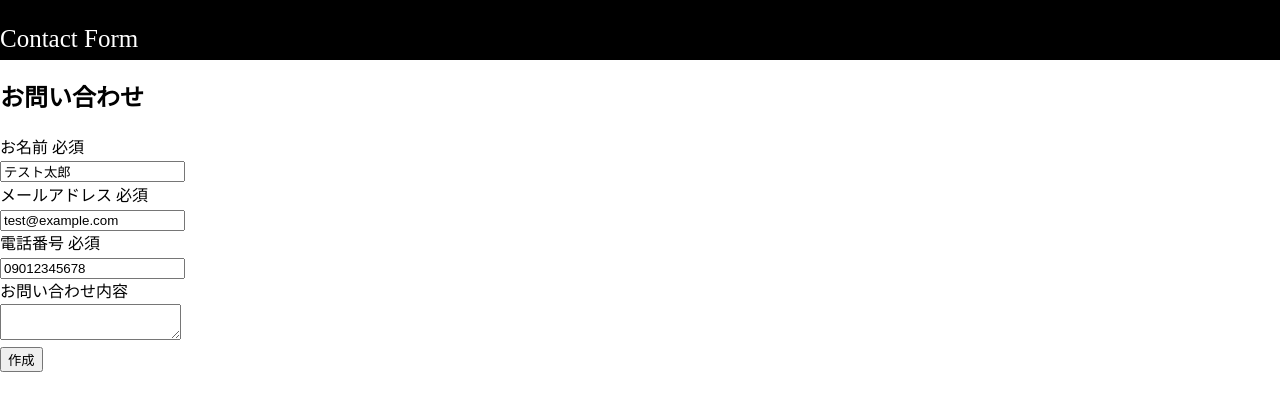
Repository: mayu-ya/my-contact-form
Page: http://localhost/
An editor plug-in stored every save of this project. The page is shown before and after the next save, followed by the edit.
The browser window is 1280 px wide. The pictures show the whole page.
The page is served by the project's Laravel application, run on PHP 8.4 with Laravel 8. Other server files are loaded and not shown.

Above is the page before, as saved 2025-12-31 22:48:44.

### src/routes/web.php
<?php

use Illuminate\Support\Facades\Route;
use App\Http\Controllers\ContactController;

/*
|--------------------------------------------------------------------------
| Web Routes
|--------------------------------------------------------------------------
|
| Here is where you can register web routes for your application. These
| routes are loaded by the RouteServiceProvider within a group which
| contains the "web" middleware group. Now create something great!
|
*/

Route::get('/', [ContactController::class,'index']);

### src/app/Http/Controllers/ContactController.php
<?php

namespace App\Http\Controllers;

use Illuminate\Http\Request;

class ContactController extends Controller
{
    public function index()
    {
        return view('index');
    }
}

### src/resources/views/index.blade.php
@extends('layouts.app')

@section('css')
<link rel="stylesheet" href="{{ asset('css/index.css') }}">
@endsection

@section('content')
<div class="content">
    <div class="form-title">
        <h2 class="form-title-con">お問い合わせ</h2>
    </div>

    <form class="form">
        <div class="form-content">
            <div class="form-content-name">
                <span class="form-content-name_na">お名前</span>
                <span class="form-content-name_re">必須</span>
            </div>
            <div class="form-name_create">
                <input type="text" name="name" value="テスト太郎">
            </div>
        </div>
        <div class="form-content">
            <div class="form-content-email">
                <span class="form-content-email_em">メールアドレス</span>
                <span class="form-content-email_re">必須</span>
            </div>
            <div class="form-email_create">
                <input type="text" name="email" value="test@example.com">
            </div>
        </div>
        <div class="form-content">
            <div class="form-content-tel">
                <span class="form-content-tel_te">電話番号</span>
                <span class="form-content-tel_re">必須</span>
            </div>
            <div class="form-tel_create">
                <input type="text" name="tel" value="09012345678">
            </div>
        </div>
        <div class="form-content">
            <div class="form-content-text">
                <span class="content-text_co">お問い合わせ内容</span>
            </div>
            <div class="form-text_create">
                <textarea name="text" value="資料をいただきたいです"></textarea>
            </div>

        </div>

        <div class="form-button">
            <button class="form-button_create">作成</button>
        </div>
    </form>
</div>
@endsection

### src/resources/views/layouts/app.blade.php
<!DOCTYPE html>
<html lang="ja">
<head>
    <meta charset="UTF-8">
    <meta name="viewport" content="width=device-width, initial-scale=1.0">
    <title>Contact Form</title>
    <link rel="stylesheet" href="{{ asset('css/sanitize.css') }}">
    <link rel="stylesheet" href="{{ asset('css/common.css') }}">
    @yield('css')
</head>
<body>
    <header class="header">
        <div class="header-title">
            <a href="/" class="header-logo">Contact Form</a>
        </div>
    </header>

    <main>
        @yield('content')
    </main>
</body>
</html>

### src/public/css/sanitize.css
/* Document
* ========================================================================== */

/**
* Add border box sizing in all browsers (opinionated).
*/

*,
::before,
::after {
  box-sizing: border-box;
}

/**
* 1. Add text decoration inheritance in all browsers (opinionated).
* 2. Add vertical alignment inheritance in all browsers (opinionated).
*/

::before,
::after {
  vertical-align: inherit;
  /* 2 */
  text-decoration: inherit;
  /* 1 */
}

/**
* 1. Use the default cursor in all browsers (opinionated).
* 2. Change the line height in all browsers (opinionated).
* 3. Use a 4-space tab width in all browsers (opinionated).
* 4. Remove the grey highlight on links in iOS (opinionated).
* 5. Prevent adjustments of font size after orientation changes in
*    IE on Windows Phone and in iOS.
* 6. Breaks words to prevent overflow in all browsers (opinionated).
*/

html {
  word-break: break-word;
  /* 6 */
  -moz-tab-size: 4;
  /* 3 */
  tab-size: 4;
  /* 3 */
  line-height: 1.5;
  /* 2 */
  cursor: default;
  /* 1 */

  -webkit-tap-highlight-color: transparent
    /* 4 */
  ;
  -ms-text-size-adjust: 100%;
  /* 5 */
  -webkit-text-size-adjust: 100%;
  /* 5 */
}

/* Sections
* ========================================================================== */

/**
* Remove the margin in all browsers (opinionated).
*/

body {
  margin: 0;
}

/**
* Correct the font size and margin on `h1` elements within `section` and
* `article` contexts in Chrome, Edge, Firefox, and Safari.
*/

h1 {
  margin: 0.67em 0;
  font-size: 2em;
}

/* Grouping content
* ========================================================================== */

/**
* Remove the margin on nested lists in Chrome, Edge, IE, and Safari.
*/

dl dl,
dl ol,
dl ul,
ol dl,
ul dl {
  margin: 0;
}

/**
* Remove the margin on nested lists in Edge 18- and IE.
*/

ol ol,
ol ul,
ul ol,
ul ul {
  margin: 0;
}

/**
* 1. Add the correct sizing in Firefox.
* 2. Show the overflow in Edge 18- and IE.
*/

hr {
  overflow: visible;
  /* 2 */
  height: 0;
  /* 1 */
}

/**
* Add the correct display in IE.
*/

main {
  display: block;
}

/**
* Remove the list style on navigation lists in all browsers (opinionated).
*/

nav ol,
nav ul {
  padding: 0;
  list-style: none;
}

/**
* 1. Correct the inheritance and scaling of font size in all browsers.
* 2. Correct the odd `em` font sizing in all browsers.
*/

pre {
  font-size: 1em;
  /* 2 */
  font-family: monospace, monospace;
  /* 1 */
}

/* Text-level semantics
* ========================================================================== */

/**
* Remove the gray background on active links in IE 10.
*/

a {
  background-color: transparent;
}

/**
* Add the correct text decoration in Edge 18-, IE, and Safari.
*/

abbr[title] {
  text-decoration: underline;
  text-decoration: underline dotted;
}

/**
* Add the correct font weight in Chrome, Edge, and Safari.
*/

b,
strong {
  font-weight: bolder;
}

/**
* 1. Correct the inheritance and scaling of font size in all browsers.
* 2. Correct the odd `em` font sizing in all browsers.
*/

code,
kbd,
samp {
  font-size: 1em;
  /* 2 */
  font-family: monospace, monospace;
  /* 1 */
}

/**
* Add the correct font size in all browsers.
*/

small {
  font-size: 80%;
}

/* Embedded content
* ========================================================================== */

/*
* Change the alignment on media elements in all browsers (opinionated).
*/

audio,
canvas,
iframe,
img,
svg,
video {
  vertical-align: middle;
}

/**
* Add the correct display in IE 9-.
*/

audio,
video {
  display: inline-block;
}

/**
* Add the correct display in iOS 4-7.
*/

audio:not([controls]) {
  display: none;
  height: 0;
}

/**
* Remove the border on iframes in all browsers (opinionated).
*/

iframe {
  border-style: none;
}

/**
* Remove the border on images within links in IE 10-.
*/

img {
  border-style: none;
}

/**
* Change the fill color to match the text color in all browsers (opinionated).
*/

svg:not([fill]) {
  fill: currentColor;
}

/**
* Hide the overflow in IE.
*/

svg:not(:root) {
  overflow: hidden;
}

/* Tabular data
* ========================================================================== */

/**
* Collapse border spacing in all browsers (opinionated).
*/

table {
  border-collapse: collapse;
}

/* Forms
* ========================================================================== */

/**
* Remove the margin on controls in Safari.
*/

button,
input,
select {
  margin: 0;
}

/**
* 1. Show the overflow in IE.
* 2. Remove the inheritance of text transform in Edge 18-, Firefox, and IE.
*/

button {
  overflow: visible;
  /* 1 */
  text-transform: none;
  /* 2 */
}

/**
* Correct the inability to style buttons in iOS and Safari.
*/

button,
[type="button"],
[type="reset"],
[type="submit"] {
  -webkit-appearance: button;
}

/**
* 1. Change the inconsistent appearance in all browsers (opinionated).
* 2. Correct the padding in Firefox.
*/

fieldset {
  padding: 0.35em 0.75em 0.625em;
  /* 2 */
  border: 1px solid #a0a0a0;
  /* 1 */
}

/**
* Show the overflow in Edge 18- and IE.
*/

input {
  overflow: visible;
}

/**
* 1. Correct the text wrapping in Edge 18- and IE.
* 2. Correct the color inheritance from `fieldset` elements in IE.
*/

legend {
  display: table;
  /* 1 */
  max-width: 100%;
  /* 1 */
  color: inherit;
  /* 2 */
  white-space: normal;
  /* 1 */
}

/**
* 1. Add the correct display in Edge 18- and IE.
* 2. Add the correct vertical alignment in Chrome, Edge, and Firefox.
*/

progress {
  display: inline-block;
  /* 1 */
  vertical-align: baseline;
  /* 2 */
}

/**
* Remove the inheritance of text transform in Firefox.
*/

select {
  text-transform: none;
}

/**
* 1. Remove the margin in Firefox and Safari.
* 2. Remove the default vertical scrollbar in IE.
* 3. Change the resize direction in all browsers (opinionated).
*/

textarea {
  overflow: auto;
  /* 2 */
  margin: 0;
  /* 1 */
  resize: vertical;
  /* 3 */
}

/**
* Remove the padding in IE 10-.
*/

[type="checkbox"],
[type="radio"] {
  padding: 0;
}

/**
* 1. Correct the odd appearance in Chrome, Edge, and Safari.
* 2. Correct the outline style in Safari.
*/

[type="search"] {
  outline-offset: -2px;
  /* 2 */

  -webkit-appearance: textfield;
  /* 1 */
}

/**
* Correct the cursor style of increment and decrement buttons in Safari.
*/

::-webkit-inner-spin-button,
::-webkit-outer-spin-button {
  height: auto;
}

/**
* Correct the text style of placeholders in Chrome, Edge, and Safari.
*/

::-webkit-input-placeholder {
  color: inherit;
  opacity: 0.54;
}

/**
* Remove the inner padding in Chrome, Edge, and Safari on macOS.
*/

::-webkit-search-decoration {
  -webkit-appearance: none;
}

/**
* 1. Correct the inability to style upload buttons in iOS and Safari.
* 2. Change font properties to `inherit` in Safari.
*/

::-webkit-file-upload-button {
  font: inherit;
  /* 2 */

  -webkit-appearance: button;
  /* 1 */
}

/**
* Remove the inner border and padding of focus outlines in Firefox.
*/

::-moz-focus-inner {
  padding: 0;
  border-style: none;
}

/**
* Restore the focus outline styles unset by the previous rule in Firefox.
*/

:-moz-focusring {
  outline: 1px dotted ButtonText;
}

/**
* Remove the additional :invalid styles in Firefox.
*/

:-moz-ui-invalid {
  box-shadow: none;
}

/* Interactive
* ========================================================================== */

/*
* Add the correct display in Edge 18- and IE.
*/

details {
  display: block;
}

/*
* Add the correct styles in Edge 18-, IE, and Safari.
*/

dialog {
  position: absolute;
  right: 0;
  left: 0;
  display: block;
  margin: auto;
  padding: 1em;
  width: -moz-fit-content;
  width: -webkit-fit-content;
  width: fit-content;
  height: -moz-fit-content;
  height: -webkit-fit-content;
  height: fit-content;
  border: solid;
  background-color: white;
  color: black;
}

dialog:not([open]) {
  display: none;
}

/*
* Add the correct display in all browsers.
*/

summary {
  display: list-item;
}

/* Scripting
* ========================================================================== */

/**
* Add the correct display in IE 9-.
*/

canvas {
  display: inline-block;
}

/**
* Add the correct display in IE.
*/

template {
  display: none;
}

/* User interaction
* ========================================================================== */

/*
* 1. Remove the tapping delay in IE 10.
* 2. Remove the tapping delay on clickable elements
in all browsers (opinionated).
*/

a,
area,
button,
input,
label,
select,
summary,
textarea,
[tabindex] {
  -ms-touch-action: manipulation;
  /* 1 */
  touch-action: manipulation;
  /* 2 */
}

/**
* Add the correct display in IE 10-.
*/

[hidden] {
  display: none;
}

/* Accessibility
* ========================================================================== */

/**
* Change the cursor on busy elements in all browsers (opinionated).
*/

[aria-busy="true"] {
  cursor: progress;
}

/*
* Change the cursor on control elements in all browsers (opinionated).
*/

[aria-controls] {
  cursor: pointer;
}

/*
* Change the cursor on disabled, not-editable, or otherwise
* inoperable elements in all browsers (opinionated).
*/

[aria-disabled="true"],
[disabled] {
  cursor: not-allowed;
}

/*
* Change the display on visually hidden accessible elements
* in all browsers (opinionated).
*/

[aria-hidden="false"][hidden] {
  display: initial;
}

[aria-hidden="false"][hidden]:not(:focus) {
  position: absolute;
  clip: rect(0, 0, 0, 0);
}

### src/public/css/common.css
.header {
    background: black;
    height: 60px;

}

.header-logo{
    display: block;
    color: white;
    font-size: 25px;
    padding-top: 20px;
    text-decoration: none;
    cursor: pointer;
}

Loaded but not shown: src/app/Http/Controllers/Controller.php (common file); src/public/css/index.css (no stored copy; drawn as an empty file)

After the next save:
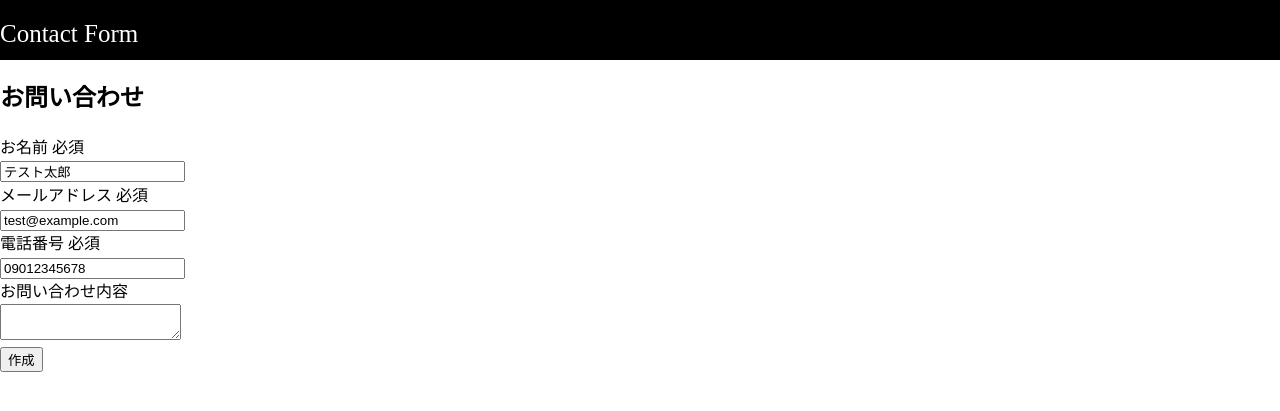
Saved 15 s later.
--- a/src/public/css/common.css
+++ b/src/public/css/common.css
@@ -8,7 +8,7 @@
     display: block;
     color: white;
     font-size: 25px;
-    padding-top: 20px;
+    padding-top: 15px;
     text-decoration: none;
     cursor: pointer;
 }
